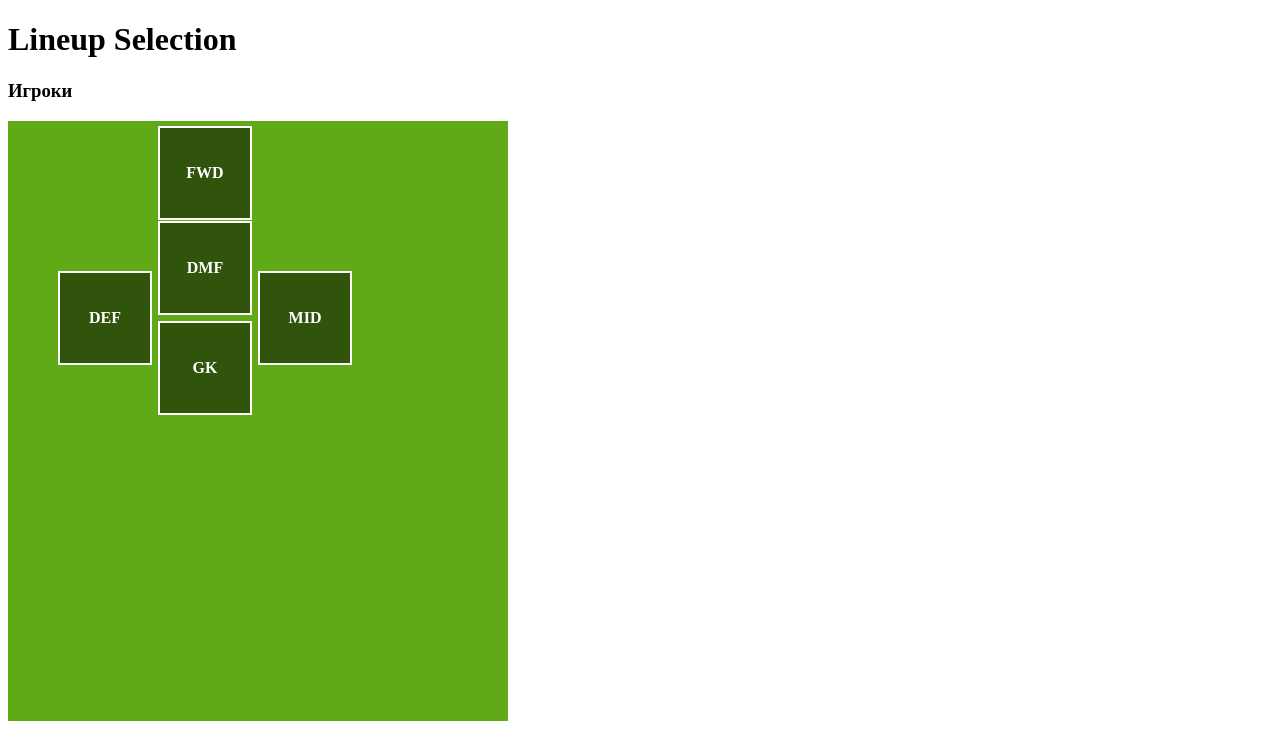
Repository: greatgreek73/soccergame
Page: http://localhost/lineup-selection/
An editor plug-in stored every save of this project. The page is shown before and after the next save, followed by the edit.
The browser window is 1280 px wide. The pictures show the whole page.
Some web libraries are served in a nearby version. The page is served by the project's application, run on Django 4.2 (manage.py). A made-up administrator, testuser (Test User, test@example.com), is signed in. Queries for data that is not in the repository find no rows.

Above is the page before, as saved 2024-04-18 20:59:20.

After the next save:
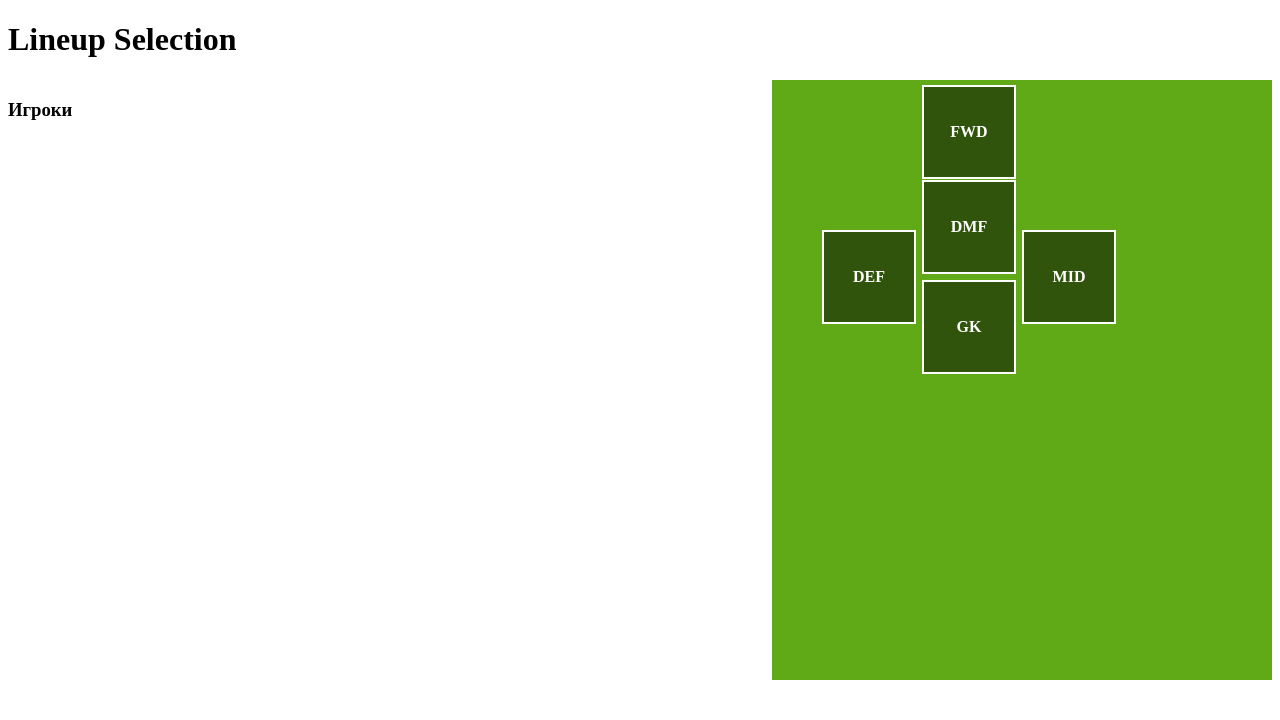
Saved 3 min 11 s later.
--- a/players/templates/lineup_selection.html
+++ b/players/templates/lineup_selection.html
@@ -8,6 +8,14 @@
     <script src="https://code.jquery.com/jquery-3.6.0.min.js"></script>
     <script src="https://code.jquery.com/ui/1.12.1/jquery-ui.min.js"></script>
     <style>
+        .content-wrapper {
+            display: flex;
+            justify-content: space-between;
+        }
+        #player-list {
+            width: 30%; /* Задайте ширину списка игроков */
+            margin-right: 20px; /* Отступ между списком игроков и полем */
+        }
         #field {
             background-color: #60A917;
             width: 500px;
@@ -156,25 +164,26 @@
 </head>
 <body>
     <h1>Lineup Selection</h1>
+    <div class="content-wrapper"> <!-- Добавлен новый контейнер -->
+        <div id="player-list">
+            <h3>Игроки</h3>
+            <ul>
+                {% for player in players %}
+                    <li class="player" data-player-id="{{ player.id }}" data-player-position="{{ player.position }}">
+                        {{ player.last_name }} ({{ player.position }})
+                    </li>
+                {% endfor %}
+            </ul>
+        </div>
 
-    <div id="player-list">
-        <h3>Игроки</h3>
-        <ul>
-            {% for player in players %}
-                <li class="player" data-player-id="{{ player.id }}" data-player-position="{{ player.position }}">
-                    {{ player.last_name }} ({{ player.position }})
-                </li>
-            {% endfor %}
-        </ul>
-    </div>
+        <div id="field">
+            <div class="position" data-position="GK" style="top: 200px; left: 150px;">GK</div>
+            <div class="position" data-position="DEF" style="top: 150px; left: 50px;">DEF</div>
+            <div class="position" data-position="MID" style="top: 150px; left: 250px;">MID</div>
+            <div class="position" data-position="FWD" style="top: 5px; left: 150px;">FWD</div>
+            <div class="position" data-position="DMF" style="top: 100px; left: 150px;">DMF</div>
 
-    <div id="field">
-        <div class="position" data-position="GK" style="top: 200px; left: 150px;">GK</div>
-        <div class="position" data-position="DEF" style="top: 150px; left: 50px;">DEF</div>
-        <div class="position" data-position="MID" style="top: 150px; left: 250px;">MID</div>
-        <div class="position" data-position="FWD" style="top: 5px; left: 150px;">FWD</div>
-        <div class="position" data-position="DMF" style="top: 100px; left: 150px;">DMF</div>
-
+        </div>
     </div>
 </body>
 </html>
